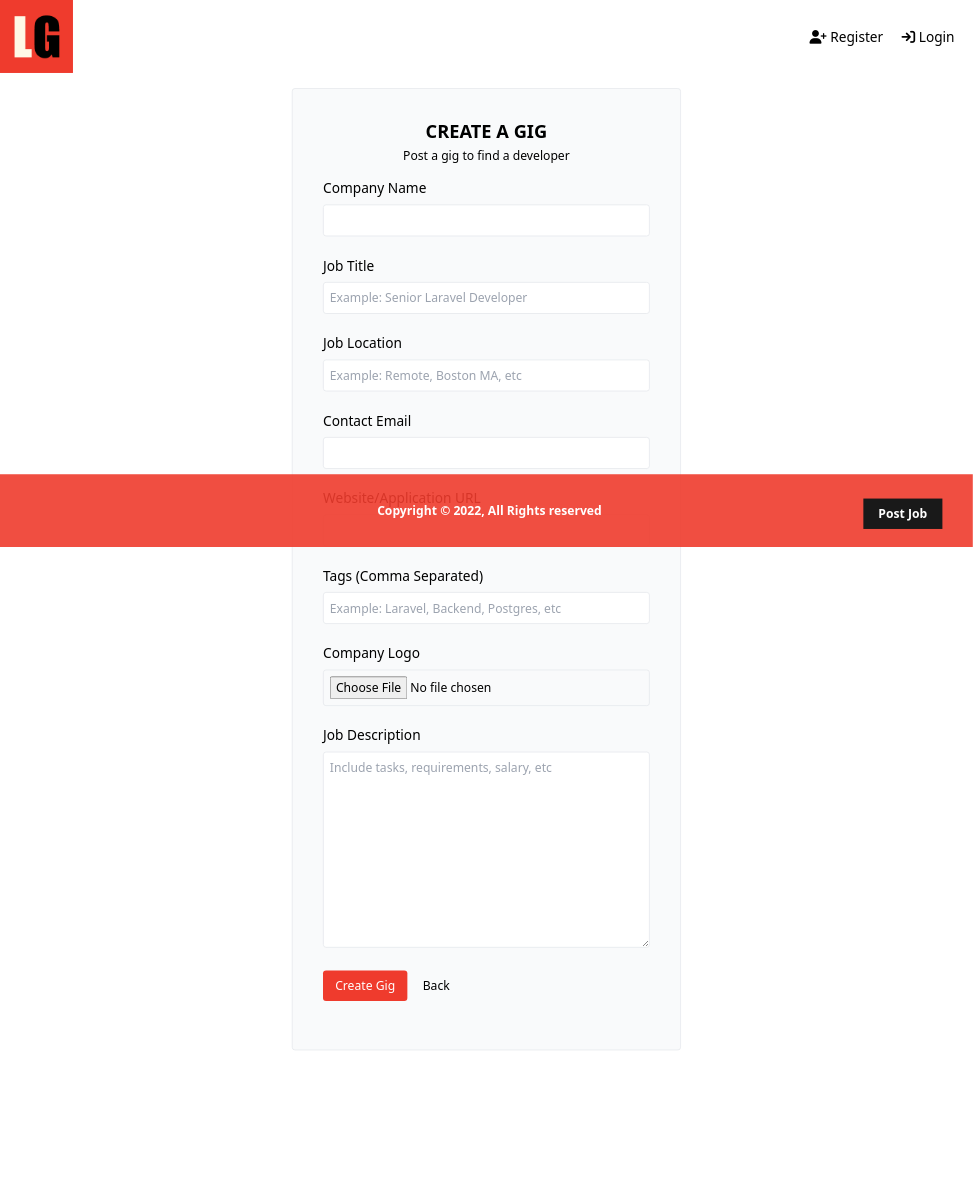
Repository: harvir619/jobListingLaravelWebsite
Page: http://localhost/listings/create
These files come from the project's save history. The page is drawn as it stood at one moment and after the next save; the edit follows.
The browser window is 1280 px wide. The pictures show the whole page, at 76% of full size.
Some web libraries are served in a nearby version. The page is served by the project's Laravel application, run on PHP 8.4 with Laravel 9.

Above is the page before, as saved 2022-07-20 17:29:04.

After the next save:
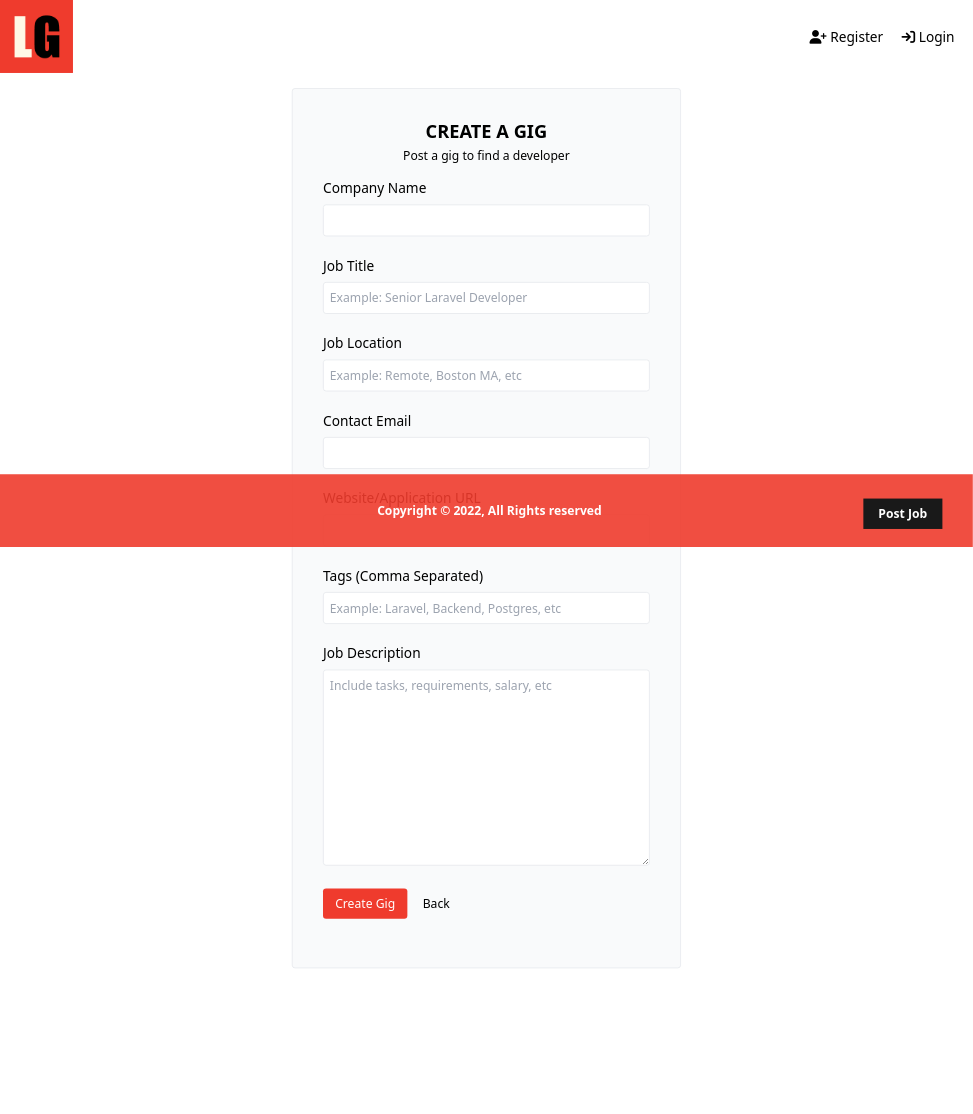
Saved 30 s later.
--- a/resources/views/listings/create.blade.php
+++ b/resources/views/listings/create.blade.php
@@ -69,12 +69,12 @@
                 @enderror
         </div>
 
-        <div class="mb-6">
+        {{-- <div class="mb-6">
             <label for="logo" class="inline-block text-lg mb-2">
                 Company Logo
             </label>
             <input type="file" class="border border-gray-200 rounded p-2 w-full" name="logo" />
-        </div>
+        </div> --}}
 
         <div class="mb-6">
             <label for="description" class="inline-block text-lg mb-2">
